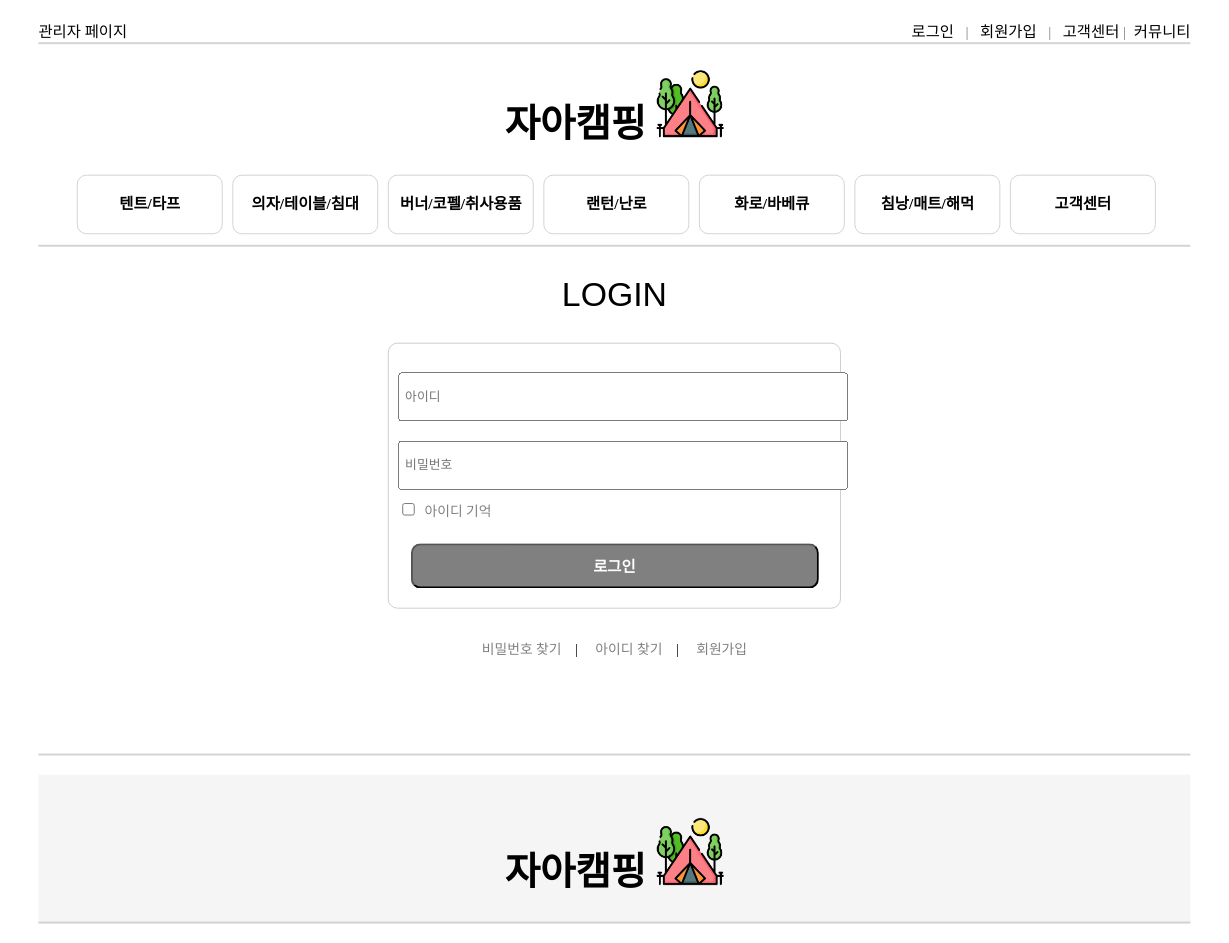
Repository: JJang-Ah/JSP-shoping-mall-project
Page: http://localhost/JaAhCamping/logon/memberLoginForm.jsp
These files come from the project's save history. The page is drawn as it stood at one moment and after the next save; the edit follows.
The browser window is 1280 px wide. The pictures show the whole page, at 96% of full size.
Some web fonts or font styles are not loaded; a fallback is used. The page is served by Tomcat 9.

Above is the page before, as saved 2022-06-12 13:46:43.

After the next save:
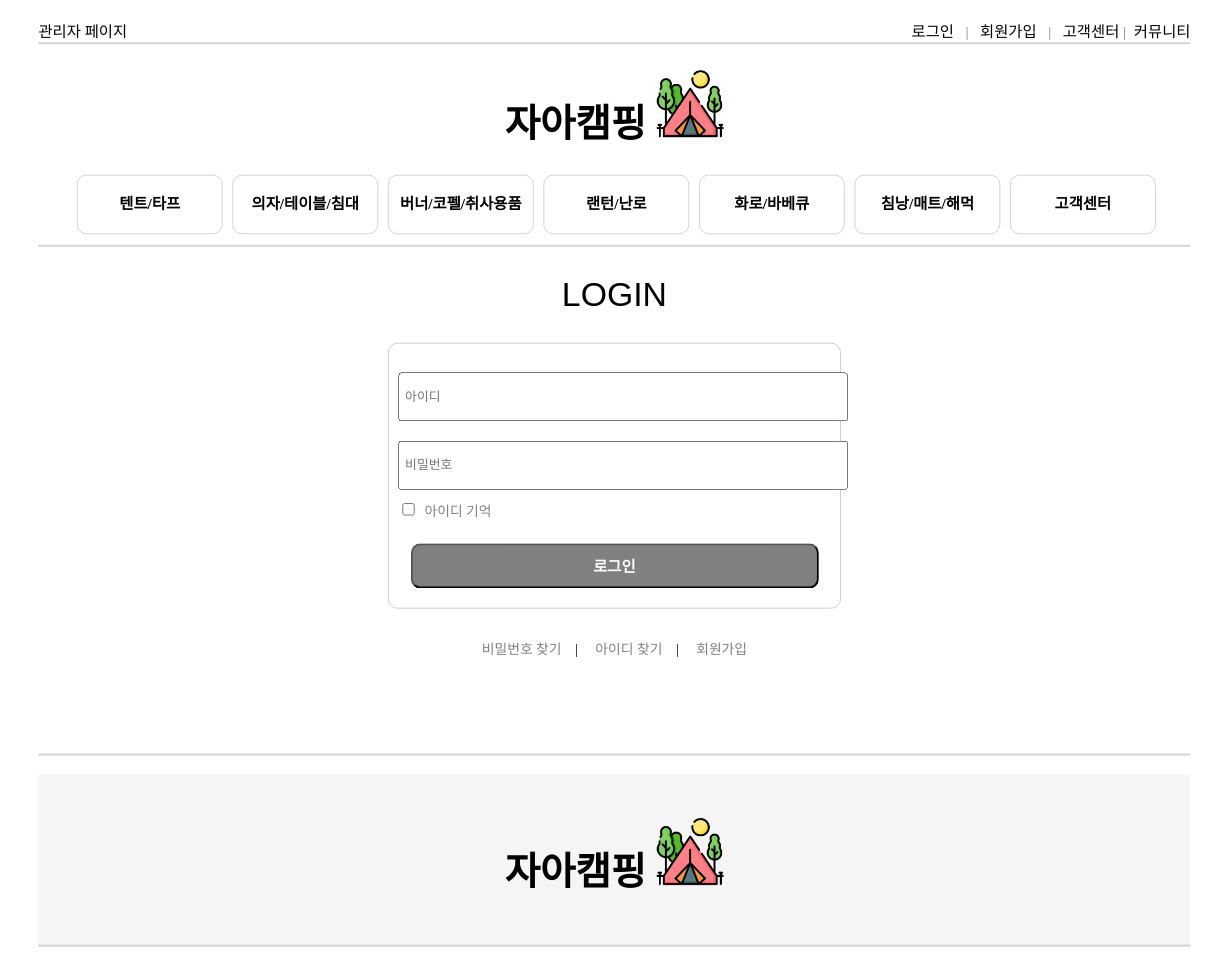
Saved 8 s later.
--- a/JaAhCamping/WebContent/mall/shopBottom.jsp
+++ b/JaAhCamping/WebContent/mall/shopBottom.jsp
@@ -8,7 +8,7 @@
 <style>
 #container_bottom {  width: 100%; background: #f5f5f5;}
 
-.b_line { border: 1px solid lightgray;}
+.b_line { border: 1px solid lightgray; margin-top: 50px;}
 </style>
 </head>
 <body>
